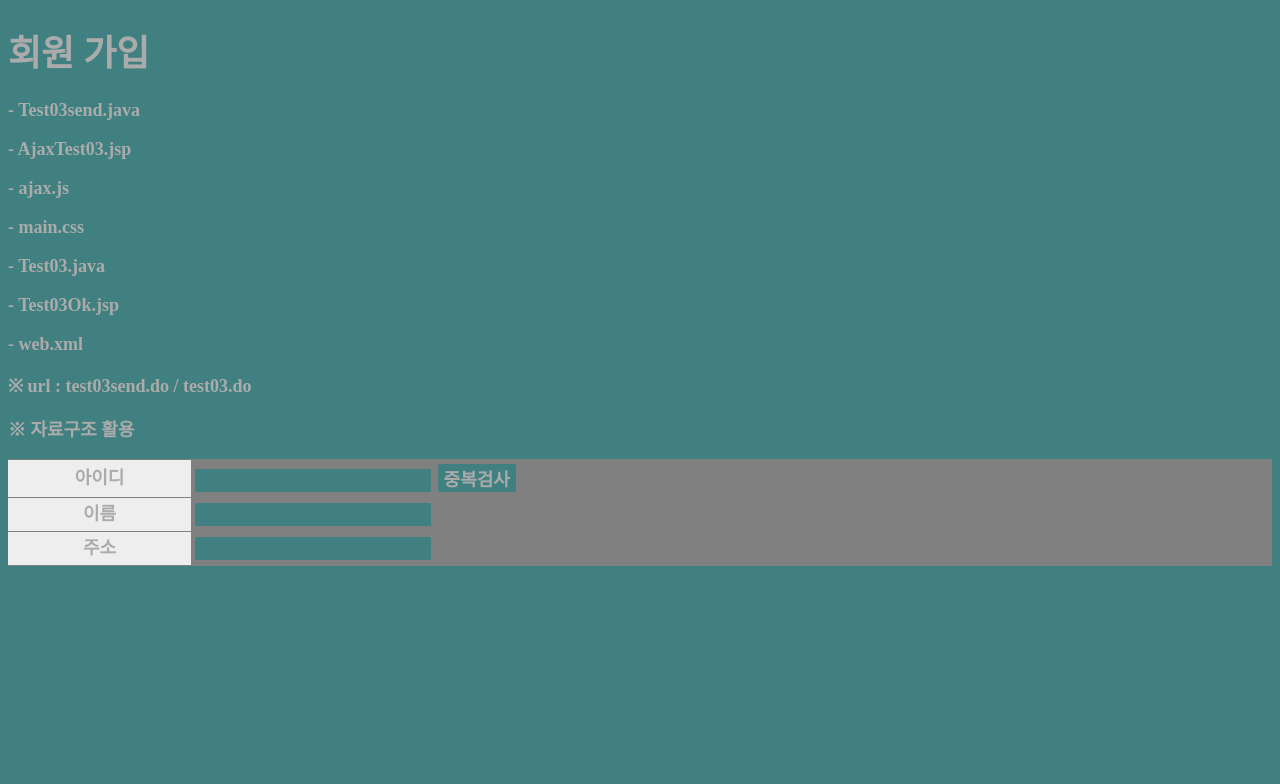
Repository: Umkimisstrong/UM_Webbb
Page: http://localhost/AjaxApp/AjaxTest03.jsp
These files come from the project's save history. The page is drawn as it stood at one moment and after the next save; the edit follows.
The browser window is 1280 px wide. The pictures show the whole page.
The page is served by Tomcat 9.

Above is the page before, as saved 2022-05-10 05:11:19.

After the next save:
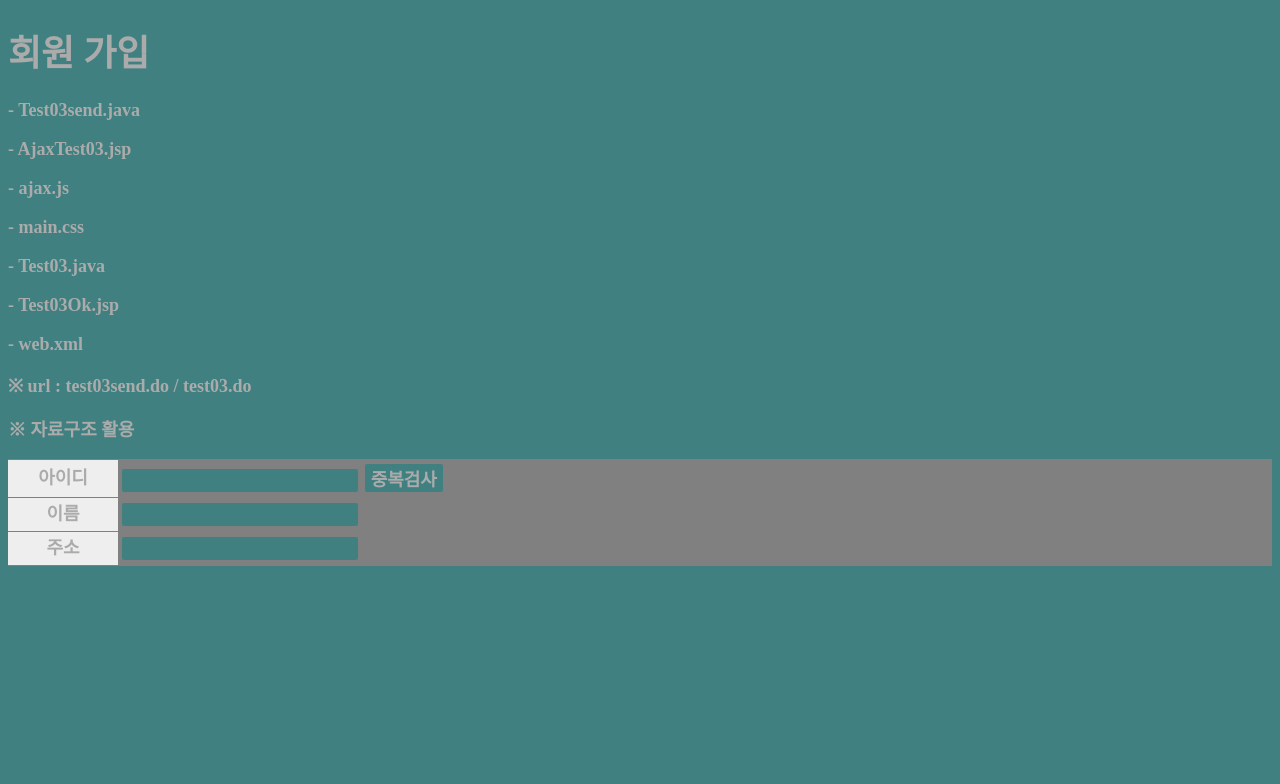
Saved 46 s later.
--- a/AjaxApp/WebContent/AjaxTest03.jsp
+++ b/AjaxApp/WebContent/AjaxTest03.jsp
@@ -10,6 +10,16 @@
 <meta charset="UTF-8">
 <title>AjaxTest03.jsp</title>
 <link rel="stylesheet" type="text/css" href="<%=cp%>/css/main.css">
+<style type="text/css">
+	#result
+	{
+		display: inline-block;
+		width: 250px;
+		color: #F33;
+
+	}
+
+</style>
 <script type="text/javascript" src="<%=cp%>/js/ajax.js"></script>
 <script type="text/javascript">
 
